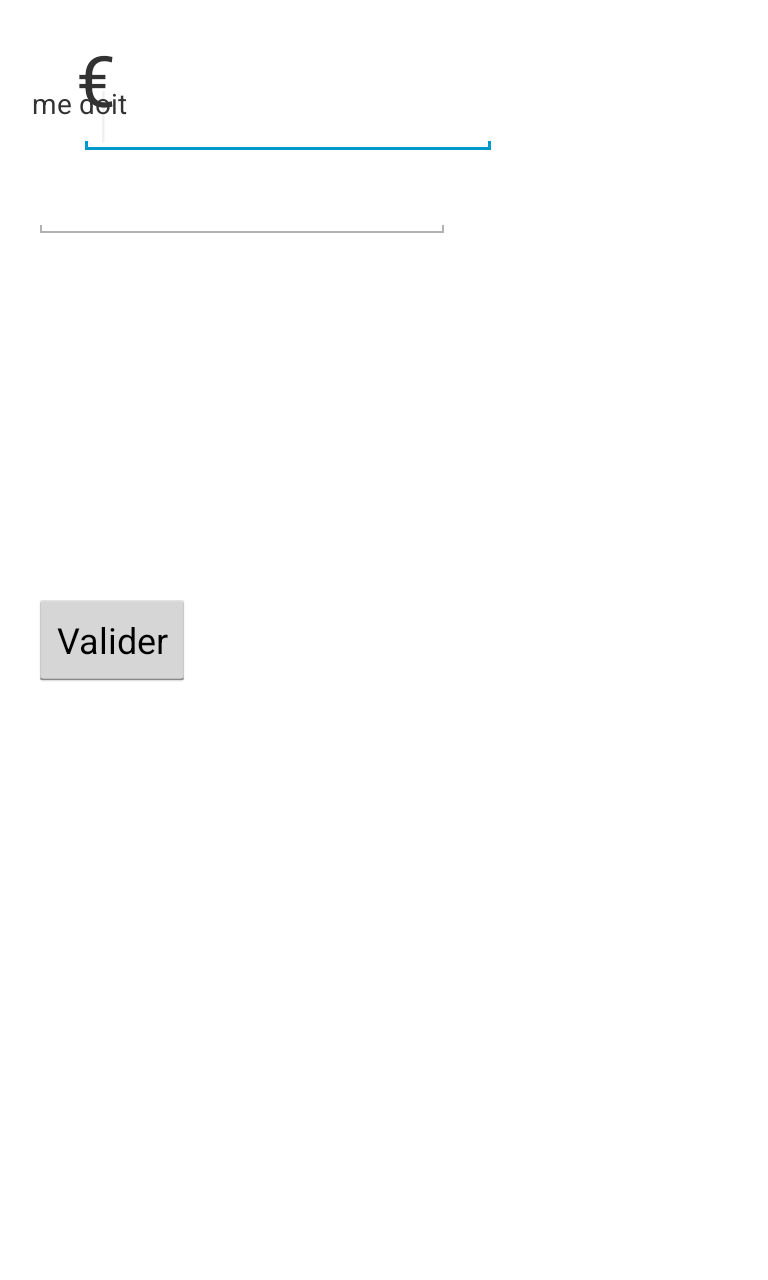
Repository: jlegaye/debts
Layout: DebtsProject/res/layout/activity_main.xml
An editor plug-in stored every save of this project. The layout is shown before and after the next save, followed by the edit.
It is drawn on a 768 x 1280 px phone screen (xhdpi) without system bars, with theme AppTheme; the app's code is not run. Lists and similar views that code fills are empty.

Above is the layout before, as saved 2013-03-10 12:04:01.

### DebtsProject/res/layout/activity_main.xml
<RelativeLayout xmlns:android="http://schemas.android.com/apk/res/android"
    xmlns:tools="http://schemas.android.com/tools"
    android:layout_width="match_parent"
    android:layout_height="match_parent"
    android:paddingBottom="@dimen/activity_vertical_margin"
    android:paddingLeft="@dimen/activity_horizontal_margin"
    android:paddingRight="@dimen/activity_horizontal_margin"
    android:paddingTop="@dimen/activity_vertical_margin"
    tools:context=".MainActivity" >

    <EditText
        android:id="@+id/editTextName"
        android:layout_width="wrap_content"
        android:layout_height="wrap_content"
        android:layout_alignParentLeft="true"
        android:layout_alignParentTop="true"
        android:layout_marginLeft="23dp"
        android:layout_marginTop="23dp"
        android:ems="10" >

        <requestFocus />
    </EditText>

    <TextView
        android:id="@+id/textView1"
        android:layout_width="wrap_content"
        android:layout_height="wrap_content"
        android:layout_alignLeft="@+id/editText1"
        android:layout_below="@+id/editText1"
        android:layout_marginTop="26dp"
        android:text="@string/me_doit" />

    <EditText
        android:id="@+id/editTextValue"
        android:layout_width="wrap_content"
        android:layout_height="wrap_content"
        android:layout_alignLeft="@+id/textView1"
        android:layout_below="@+id/textView1"
        android:layout_marginTop="20dp"
        android:ems="10"
        android:inputType="numberDecimal" />

    <TextView
        android:id="@+id/TextView01"
        android:layout_width="wrap_content"
        android:layout_height="wrap_content"
        android:layout_alignBottom="@+id/editText3"
        android:layout_marginLeft="22dp"
        android:layout_toRightOf="@+id/editText3"
        android:text="@string/euro_symbol"
        android:textSize="16pt" />

    <Button
        android:id="@+id/button1"
        android:layout_width="wrap_content"
        android:layout_height="wrap_content"
        android:layout_alignLeft="@+id/editText3"
        android:layout_centerVertical="true"
        android:text="Valider" />

    <ListView
        android:id="@+id/listView1"
        android:layout_width="match_parent"
        android:layout_height="wrap_content"
        android:layout_alignLeft="@+id/button1"
        android:layout_below="@+id/button1"
        android:layout_marginTop="40dp" >
    </ListView>

</RelativeLayout>

### DebtsProject/res/values/strings.xml
<?xml version="1.0" encoding="utf-8"?>
<resources>

    <string name="app_name">Debts</string>
    <string name="action_settings">Settings</string>
    <string name="hello_world">Hello world!</string>
    <string name="me_doit">me doit</string>
    <string name="euro_symbol">€</string>

</resources>

Loaded but not shown: DebtsProject/res/values/styles.xml (common file); DebtsProject/res/values-v11/styles.xml (common file); DebtsProject/res/values-v14/styles.xml (common file); DebtsProject/res/values/dimens.xml (common file)

After the next save:
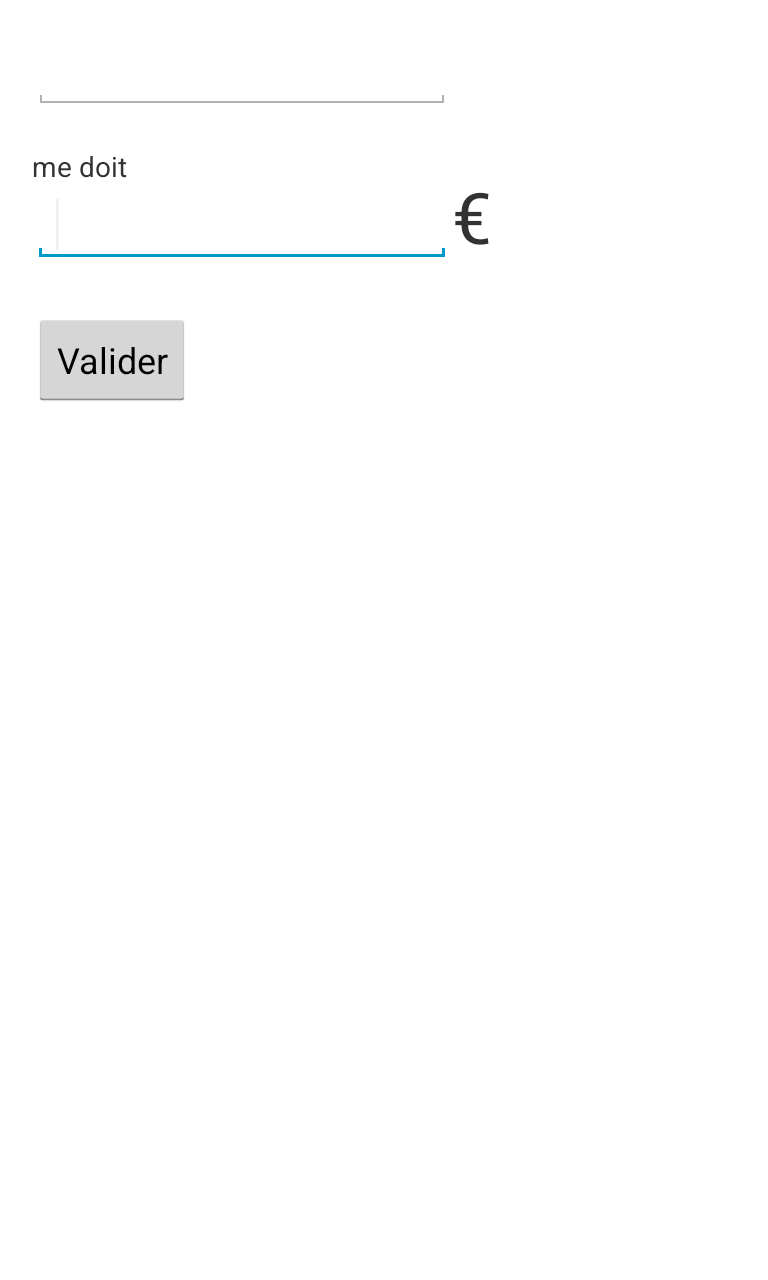
Saved 9 s later.
--- a/DebtsProject/res/layout/activity_main.xml
+++ b/DebtsProject/res/layout/activity_main.xml
@@ -8,26 +8,40 @@
     android:paddingTop="@dimen/activity_vertical_margin"
     tools:context=".MainActivity" >
 
+    <ListView
+        android:id="@+id/listView"
+        android:layout_width="match_parent"
+        android:layout_height="match_parent"
+        android:layout_alignParentBottom="false"
+        android:layout_alignParentRight="false"
+        android:layout_marginTop="180dp" >
+
+    </ListView>
+
+    <TextView
+        android:id="@+id/TextView01"
+        android:layout_width="wrap_content"
+        android:layout_height="wrap_content"
+        android:layout_alignBottom="@+id/editTextValue"
+        android:layout_toRightOf="@+id/editTextName"
+        android:text="@string/euro_symbol"
+        android:textSize="16pt" />
+
     <EditText
         android:id="@+id/editTextName"
         android:layout_width="wrap_content"
         android:layout_height="wrap_content"
-        android:layout_alignParentLeft="true"
+        android:layout_alignLeft="@+id/textView1"
         android:layout_alignParentTop="true"
-        android:layout_marginLeft="23dp"
-        android:layout_marginTop="23dp"
-        android:ems="10" >
-
-        <requestFocus />
-    </EditText>
+        android:ems="10" />
 
     <TextView
         android:id="@+id/textView1"
         android:layout_width="wrap_content"
         android:layout_height="wrap_content"
-        android:layout_alignLeft="@+id/editText1"
-        android:layout_below="@+id/editText1"
-        android:layout_marginTop="26dp"
+        android:layout_alignLeft="@+id/buttonValidate"
+        android:layout_below="@+id/editTextName"
+        android:layout_marginTop="18dp"
         android:text="@string/me_doit" />
 
     <EditText
@@ -36,35 +50,19 @@
         android:layout_height="wrap_content"
         android:layout_alignLeft="@+id/textView1"
         android:layout_below="@+id/textView1"
-        android:layout_marginTop="20dp"
         android:ems="10"
-        android:inputType="numberDecimal" />
+        android:inputType="numberDecimal" >
 
-    <TextView
-        android:id="@+id/TextView01"
+        <requestFocus />
+    </EditText>
+
+    <Button
+        android:id="@+id/buttonValidate"
         android:layout_width="wrap_content"
         android:layout_height="wrap_content"
-        android:layout_alignBottom="@+id/editText3"
-        android:layout_marginLeft="22dp"
-        android:layout_toRightOf="@+id/editText3"
-        android:text="@string/euro_symbol"
-        android:textSize="16pt" />
-
-    <Button
-        android:id="@+id/button1"
-        android:layout_width="wrap_content"
-        android:layout_height="wrap_content"
-        android:layout_alignLeft="@+id/editText3"
-        android:layout_centerVertical="true"
+        android:layout_alignLeft="@+id/listView"
+        android:layout_below="@+id/editTextValue"
+        android:layout_marginTop="24dp"
         android:text="Valider" />
 
-    <ListView
-        android:id="@+id/listView1"
-        android:layout_width="match_parent"
-        android:layout_height="wrap_content"
-        android:layout_alignLeft="@+id/button1"
-        android:layout_below="@+id/button1"
-        android:layout_marginTop="40dp" >
-    </ListView>
-
 </RelativeLayout>
